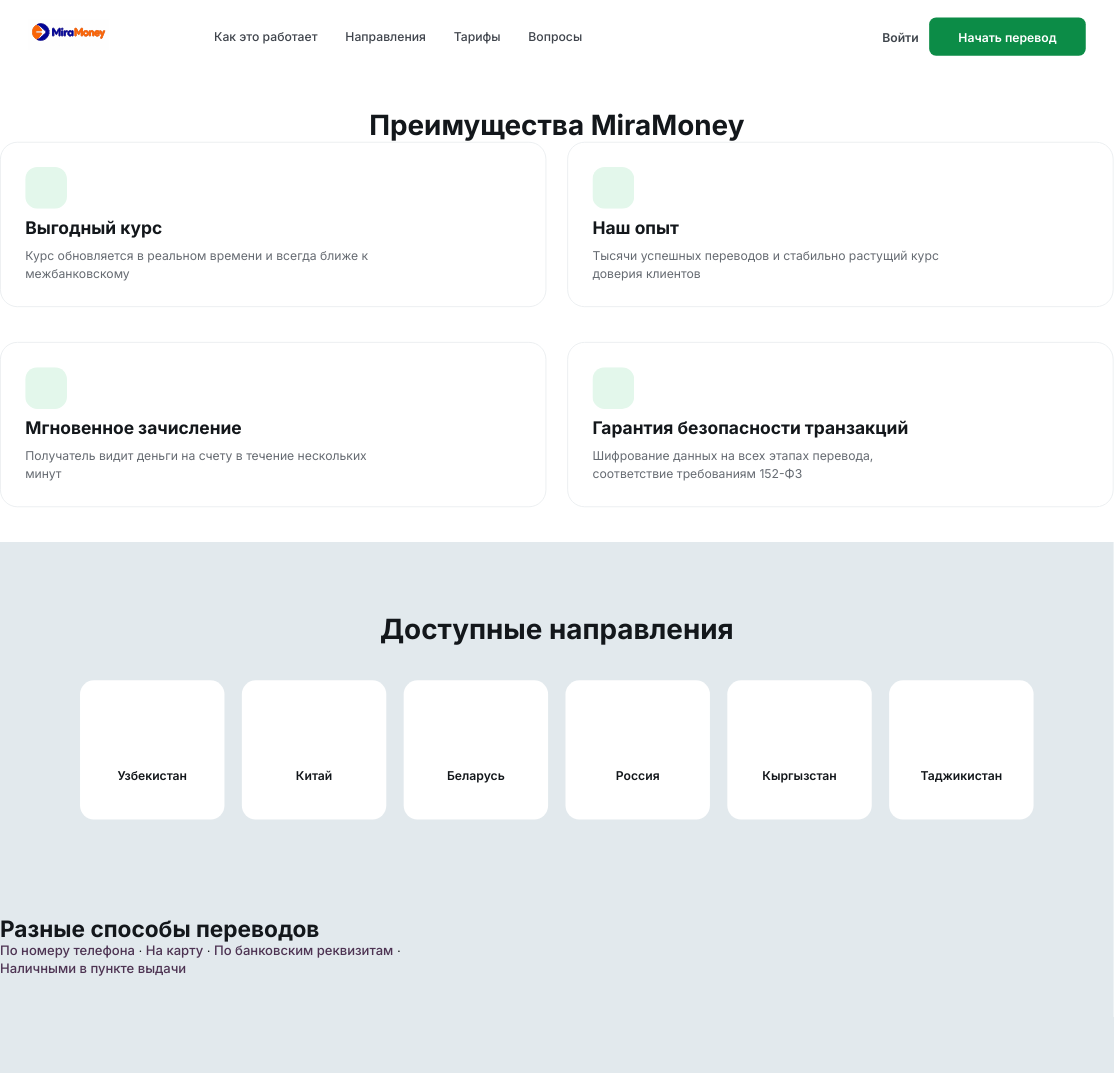
Repository: Shaiyr1/mira-money
Page: index.html
These files come from the project's save history. The page is drawn as it stood at one moment and after a run of saves; the edit follows.
The browser window is 1280 px wide. The pictures show the whole page, at 87% of full size.

Above is the page before, as saved 2026-10-22 16:46:50.

### index.html
<!DOCTYPE html>
<html lang="en">
<head>
    <meta charset="UTF-8">
    <meta http-equiv="X-UA-Compatible" content="IE=edge">
    <meta name="viewport" content="width=device-width, initial-scale=1.0">
    <link rel="stylesheet" href="/src/css/style.css">
    <title>Document</title>
</head>
<body>
    <header class="header">
        <nav class="header-nav">
            <a class="header-nav__link" href="">
                <img class="header-nav__link-logo" src="./src/img/logo.svg" alt="logo">
            </a>
            <ul class="header-nav__ul">
                <li class="header-nav__li">
                    <a class="header-nav__li-link" href="">Как это работает</a>
                </li>
                <li class="header-nav__li">
                    <a class="header-nav__li-link" href="">Направления</a>
                </li>
                <li class="header-nav__li">
                    <a class="header-nav__li-link" href="">Тарифы</a>
                </li>
                <li class="header-nav__li">
                    <a class="header-nav__li-link" href="">Вопросы</a>
                </li>
            </ul>
            <div class="header-nav__sign">
                <a class="header-nav__sign-link" href="">Войти</a>
                <button class="header-nav__sign-btn">Начать перевод</button>
            </div>
        </nav>
    </header>
    <main class="main">
        <section class="home">
            <div class="container">

            </div>
        </section>
        <section class="advantages">
            <div class="container">
                <h2 class="advantages__title">
                    Преимущества MiraMoney
                </h2>
                <div class="advantages-blocks">
                    <div class="advantages-block">
                        <img class="advantages-block__icon" src="./src/img/icon.svg" alt="icon">
                        <h5 class="advantages-block__title">Выгодный курс</h5>
                        <p class="advantages-block__subtitle">Курс обновляется в реальном времени и всегда ближе к межбанковскому</p>
                    </div>
                    <div class="advantages-block">
                        <img class="advantages-block__icon" src="./src/img/icon.svg" alt="icon">
                        <h5 class="advantages-block__title">Наш опыт</h5>
                        <p class="advantages-block__subtitle">Тысячи успешных переводов и стабильно растущий курс доверия клиентов</p>
                    </div>
                </div>
                <div class="advantages-blocks">
                    <div class="advantages-block">
                        <img class="advantages-block__icon" src="./src/img/icon.svg" alt="icon">
                        <h5 class="advantages-block__title">Мгновенное зачисление</h5>
                        <p class="advantages-block__subtitle">Получатель видит деньги на счету в течение нескольких минут</p>
                    </div>
                    <div class="advantages-block">
                        <img class="advantages-block__icon" src="./src/img/icon.svg" alt="icon">
                        <h5 class="advantages-block__title">Гарантия безопасности транзакций</h5>
                        <p class="advantages-block__subtitle">Шифрование данных на всех этапах перевода, соответствие требованиям 152-ФЗ</p>
                    </div>
                </div>
            </div>
        </section>
        <section class="description">
            <div class="container">
                <h2 class="description__title">Доступные направления</h2>
                <div class="description-items">
                    <div class="description-item">
                        <p class="description-item__country">Узбекистан</p>
                    </div>
                    <div class="description-item">
                        <p class="description-item__country">Китай</p>
                    </div>
                    <div class="description-item">
                        <p class="description-item__country">Беларусь</p>
                    </div>
                    <div class="description-item">
                        <p class="description-item__country">Россия</p>
                    </div>
                    <div class="description-item">
                        <p class="description-item__country">Кыргызстан</p>
                    </div>
                    <div class="description-item">
                        <p class="description-item__country">Таджикистан</p>
                    </div>
                </div>
                <div class="description__ways">
                    <h3 class="description__ways-title">Разные способы переводов</h3>
                    <p class="description__ways-subtitle"><a href=""> По номеру телефона</a>  ·  <a href="">На карту</a>  ·
                        <a href="">По банковским реквизитам </a>  ·  <a href="">Наличными в пункте выдачи</a> </p>
                </div>
            </div>
        </section>
    </main>
    <footer>

    </footer>
</body>
</html>

### src/css/style.css
@import url('https://fonts.googleapis.com/css2?family=Inter:ital,opsz,wght@0,14..32,100..900;1,14..32,100..900&display=swap');

* {
    margin: 0;
    padding: 0;
    box-sizing: border-box;
}

.container {
    width: 1280px;
    margin: 0 auto;
}

.header {}

.header-nav {
    width: 95%;
    height: 84px;
    margin: 0 auto;
    display: flex;
    align-items: center;
}

.header-nav__link {}

.header-nav__link-logo {}

.header-nav__ul {
    margin-left: 120px;
    display: flex;
    align-items: center;
    gap: 32px;
}

.header-nav__li {
    list-style-type: none;
}

.header-nav__li-link {
    text-decoration: none;
    color: #3f444c;
    font-size: 14px;
    font-family: Inter;
    font-weight: 500;
    transition: 0.4s;
}

.header-nav__li-link:hover {
    color: #0c8c47;
    transition: 0.4s;
    font-size: 14.5px;
}

.header-nav__sign {
    margin-left: auto;
    display: flex;
    align-items: center;
    gap: 12px;
}

.header-nav__sign-link {
    text-decoration: none;
    color: #3f454c;
    font-size: 14px;
    font-family: Inter;
    font-weight: 600;
    transition: 0.4s;
}

.header-nav__sign-link:hover {
    color: #0c8c47;
    transition: 0.4s;
    font-size: 14.5px;

}

.header-nav__sign-btn {
    background-color: #0c8c47;
    width: 180px;
    height: 44px;
    border-radius: 8px;
    color: #ffffff;
    font-size: 14px;
    font-family: Inter;
    font-weight: 600;
    border: none;
    cursor: pointer;
    transition: 0.4s;
}

.header-nav__sign-btn:hover {
    background-color: rgb(0, 96, 0);
    transition: 0.4s;
}



.advantages {
    padding-top: 40px;
}

.advantages__title {
    color: #13171b;
    text-align: center;
    font-size: 32px;
    font-family: Inter;
    font-weight: 700;
}

.advantages-blocks {
    width: 100%;
    display: flex;
    align-items: center;
    gap: 24px;
    margin-bottom: 40px;
}

.advantages-block {
    width: 50%;
    border: 1px solid #eaedef;
    border-radius: 20px;
    padding: 28px;
    display: flex;
    flex-direction: column;
    align-items: flex-start;
    gap: 10px;
}

.advantages-block__icon {}

.advantages-block__title {
    color: #13171b;
    font-size: 20px;
    font-family: Inter;
    font-weight: 700;

}

.advantages-block__subtitle {
    width: 400px;
    color: #666b72;
    text-align: left;
    font-size: 14px;
    font-family: Inter;
    line-height: 20px;
}




.description {
    padding: 80px 0;
    background-color: rgb(226, 233, 237);
}

.description__title {
    color: #13171b;
    text-align: center;
    font-size: 32px;
    font-family: Inter;
    font-weight: 700;
}

.description-items {
    margin-top: 40px;
    display: flex;
    justify-content: center;
    align-items: center;
    gap: 20px;
}

.description-item {
    background-color: #ffffff;
    width: 166px;
    height: 160px;
    border-radius: 16px;
}

.description-item__country {
    margin-top: 100px;
    color: #13171b;
    text-align: center;
    vertical-align: text-top;
    font-size: 14px;
    font-family: Inter;
    font-weight: 600;
}
.description__ways {
    margin-top: 80px;
    padding: 30px 0;
}

.description__ways-title {
    color: #13171b;
    text-align: left;
    font-size: 26px;
    font-family: Inter;
    font-weight: 700;
}
.description__ways-subtitle {
    width:548px;
    font-size: 15px;

}
.description__ways-subtitle a {
    color: #4d3352;
    text-align: left;
    font-size: 15px;
    font-family: Inter;
    font-weight: 500;
    text-decoration: none;
    line-height: 20px;
}

After the next 2 saves:
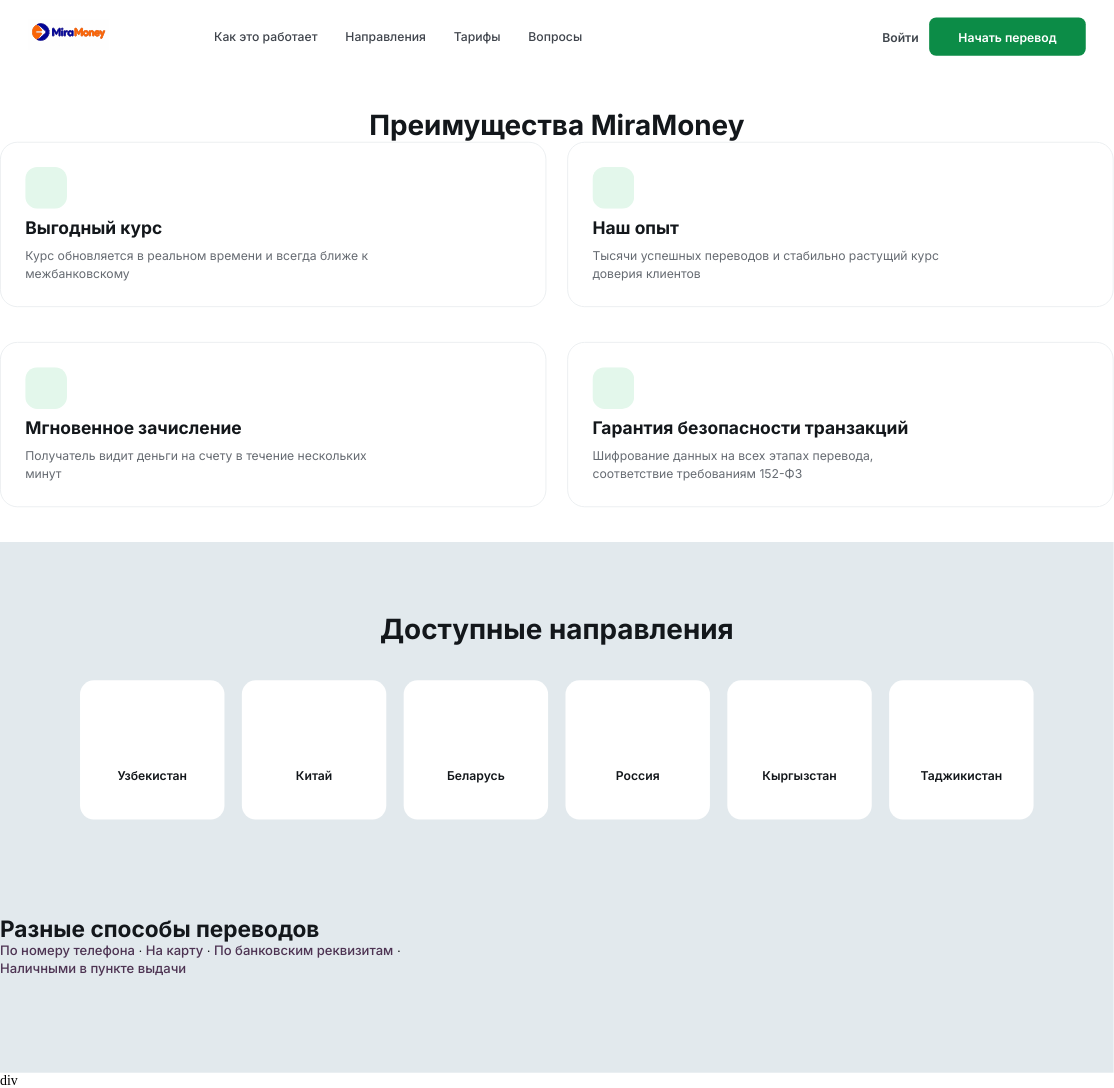
The 2 saves are shown as one change because they came seconds apart.
The last was saved 8 s later.
--- a/index.html
+++ b/index.html
@@ -101,8 +101,8 @@
             </div>
         </section>
     </main>
-    <footer>
-
+    <footer class="footer">
+        div
     </footer>
 </body>
 </html>

After the save that followed:
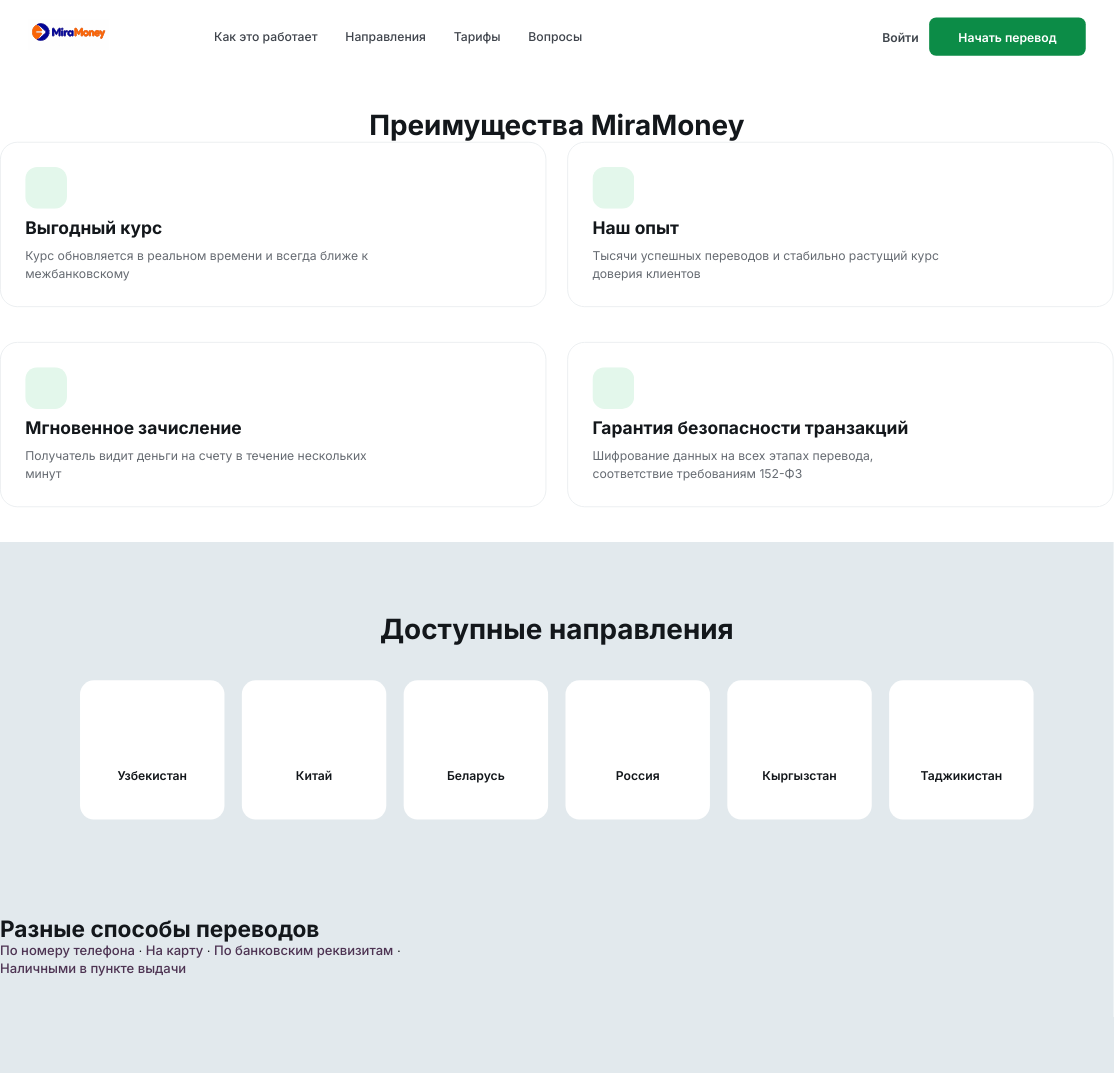
Saved 4 s later.
--- a/index.html
+++ b/index.html
@@ -102,7 +102,9 @@
         </section>
     </main>
     <footer class="footer">
-        div
+        <div class="container">
+
+        </div>
     </footer>
 </body>
 </html>
